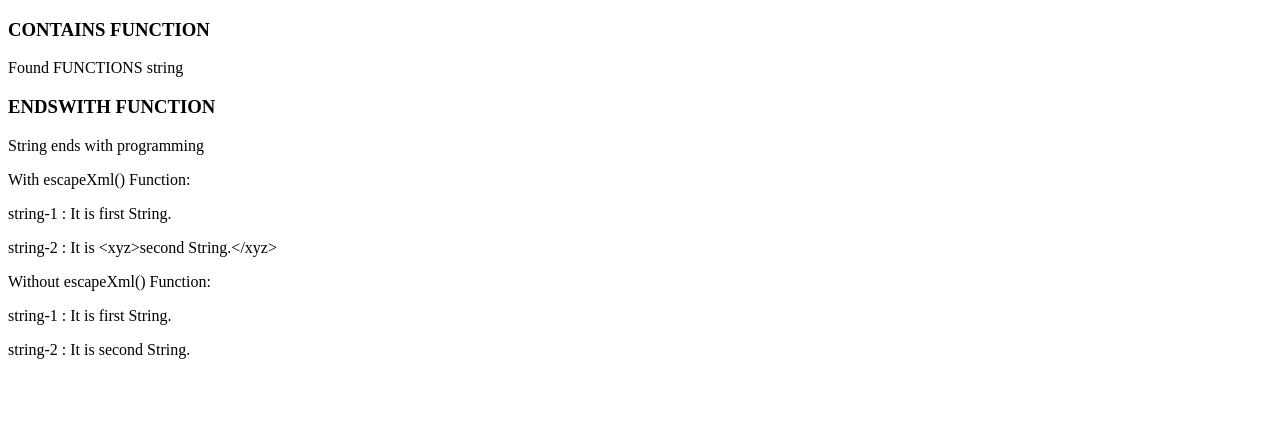
Repository: Siddhant1401/Aurionpro-J2EE
Page: http://localhost/04-JSTL-Tags/JSTLFunctions.jsp
The author's editor kept a copy of each file at every save. The page is drawn from the files as they stood at one save, then again after a run of saves.
The browser window is 1280 px wide. The pictures show the whole page.
The page is served by Tomcat 9.

Above is the page before, as saved 2023-10-13 04:55:31.

After the next 3 saves:
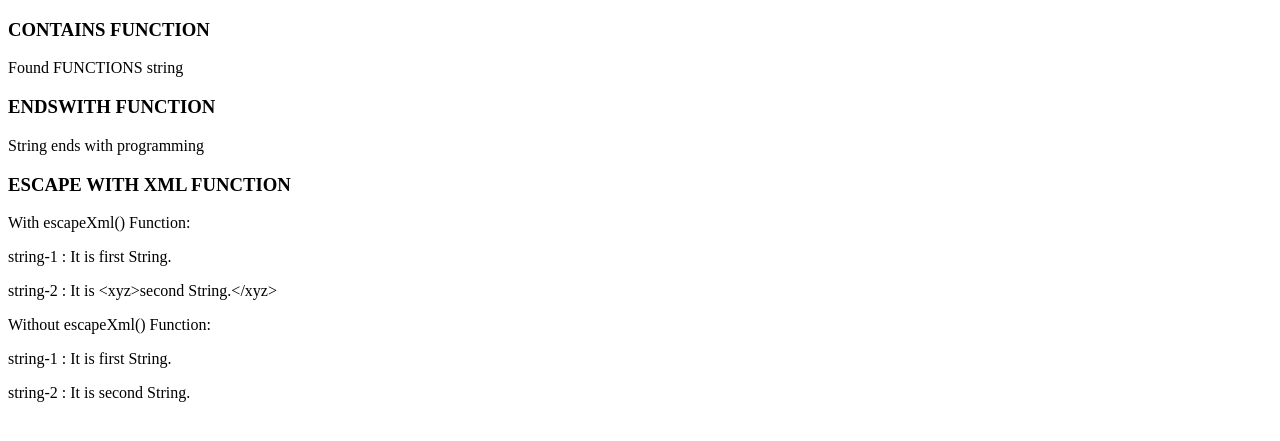
The 3 saves are shown as one change because they came seconds apart.
The last was saved 18 s later.
--- a/04-JSTL-Tags/WebContent/JSTLFunctions.jsp
+++ b/04-JSTL-Tags/WebContent/JSTLFunctions.jsp
@@ -36,6 +36,8 @@
 		<p>
 	</c:if>
 
+
+	<h3>ESCAPE WITH XML FUNCTION</h3>
 	<c:set var="string1" value="It is first String." />
 	<c:set var="string2" value="It is <xyz>second String.</xyz>" />
 
